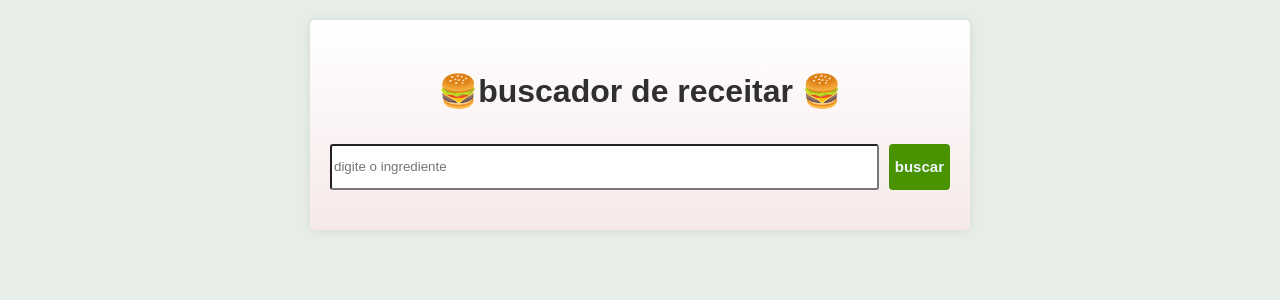
Repository: RoneT9/Receitas
Page: receita.html
The author's editor kept a copy of each file at every save. The page is drawn from the files as they stood at one save, then again after the next save.
The browser window is 1280 px wide. The pictures show the whole page.

Above is the page before, as saved 2026-02-09 22:31:28.

### receita.html
<!doctype html>
<html lang="en">
  <head>
    <meta charset="UTF-8" />
    <meta name="viewport" content="width=device-width, initial-scale=1.0" />
    <link rel="stylesheet" href="receita.css" />
    <title>Document</title>
  </head>
  <body>
    <main class="container">
      <h1>buscador de receitar</h1>
      <form class="search-form">
        <input type="text" placeholder="digite o ingrediente" class="seach-ipunt" />
        <button class="btn" type="submit">buscar</button>
      </form>
      <div class="loading"></div>
      <div class="recipe-list"></div>
      <div class="recipe- details"></div>
    </main>
  </body>
  <script src="receita.js"></script>
</html>

### receita.css
body {
  margin: 0;
  padding: 20px;
  line-height: 1.9;
  font-family: sans-serif;
  background-color: rgb(231, 238, 231);
}

.container {
  background: linear-gradient(to top, rgb(247, 233, 233), white);
  width: 50%;
  margin: 0 auto;
  padding: 20px;
  box-shadow: 0 0 10px rgba(0, 0, 0, 0.1);
  border-radius: 5px;
}

h1 {
  color: rgb(47, 47, 45);
  text-align: center;
}

.search-form {
  display: flex;
  gap: 10px;
  margin-bottom: 20px;
}

.seach-ipunt {
  flex: 1;
  height: 28px;
  outline: none;
  border-radius: 3px;
  height: 40px;
}

.seach-ipunt:focus {
  background-color: rgb(221, 219, 217);
}

.btn {
  padding: 10px 20;
  background-color: rgb(73, 146, 0);
  cursor: pointer;
  border-radius: 4px;
  border: none;
  color: aliceblue;
  font-weight: 600;
  font-size: 15px;
  transition: 0.5s ease-out;
}

.btn:hover {
  background-color: rgb(94, 173, 14);
}

.btn:active {
  transform: scaleX(1.2);
}

h1::before {
  content: "🍔";
  color: brown;
}

h1::after {
  content: " 🍔";
  color: brown;
  object-fit: fill;
}

.recipe-card {
  border: 1px solid #decfcf;
  border-radius: 5px;
  text-align: center;
  cursor: pointer;
  transition: 0.05s;
  width: 400px;
}

img {
  margin: 30px;
  width: 60%;
  height: 250px;
  object-fit: cover;
  border-radius: 5px;
  box-shadow: 0 0 10px rgba(0, 0, 0, 0.1);
  transition: 02s;
}

img:hover {
  transform: scaleX(1.1);
  transform: scaleY(1.1);
}

.recipe-list {
  display: grid;
  grid-template-columns: repeat(auto-fill, minmax(200px, 1fr));
  gap: 3px;
}

### receita.js
//ALGORITMOS

//Saber quando o usuario clicou na receita
//Busca informaçães da receita individual na API
//Colocar a receita individualna tela

//Pegar a informação do input , quando o botão for clicado
const input = document.querySelector(".seach-ipunt");
const form = document.querySelector(".search-form");
const recipelist = document.querySelector(".recipe-list");

form.addEventListener("submit", (e) => {
  e.preventDefault();
  const inputValue = e.target[0].value;
  seachRecipes(inputValue);
});

//Ir ate a API , trazer as receitas
async function seachRecipes(ingredient) {
  const response = await fetch(`https://www.themealdb.com/api/json/v1/1/filter.php?i=${ingredient}`);
  const data = await response.json();
  showRecipe(data.meals);
}

//Colocar as receitas na tela
function showRecipe(recipes) {
  recipelist.innerHTML = recipes
    .map(
      (item) =>
        `
    <div class ="recipe-card">
    <img src = "${item.strMealThumb}" alt = "recipe-photo">
    <h3>${item.strMeal}</h3>
    </div>
    <br/>
    `,
    )
    .join("");
}

After the next save:
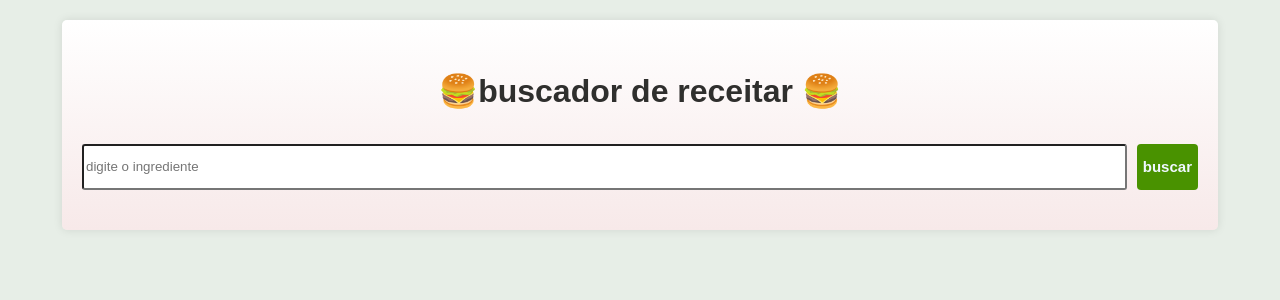
Saved 21 s later.
--- a/receita.css
+++ b/receita.css
@@ -8,7 +8,7 @@
 
 .container {
   background: linear-gradient(to top, rgb(247, 233, 233), white);
-  width: 50%;
+  width: 90%;
   margin: 0 auto;
   padding: 20px;
   box-shadow: 0 0 10px rgba(0, 0, 0, 0.1);

After the save that followed:
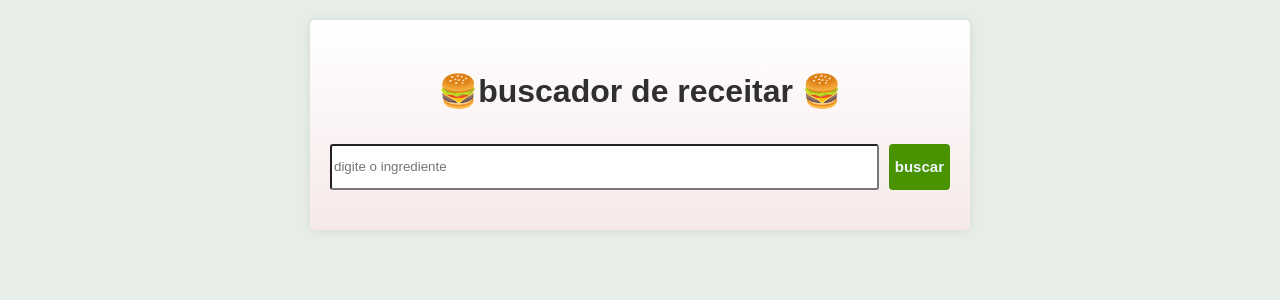
Saved 36 s later.
--- a/receita.css
+++ b/receita.css
@@ -8,7 +8,7 @@
 
 .container {
   background: linear-gradient(to top, rgb(247, 233, 233), white);
-  width: 90%;
+  width: 50%;
   margin: 0 auto;
   padding: 20px;
   box-shadow: 0 0 10px rgba(0, 0, 0, 0.1);
